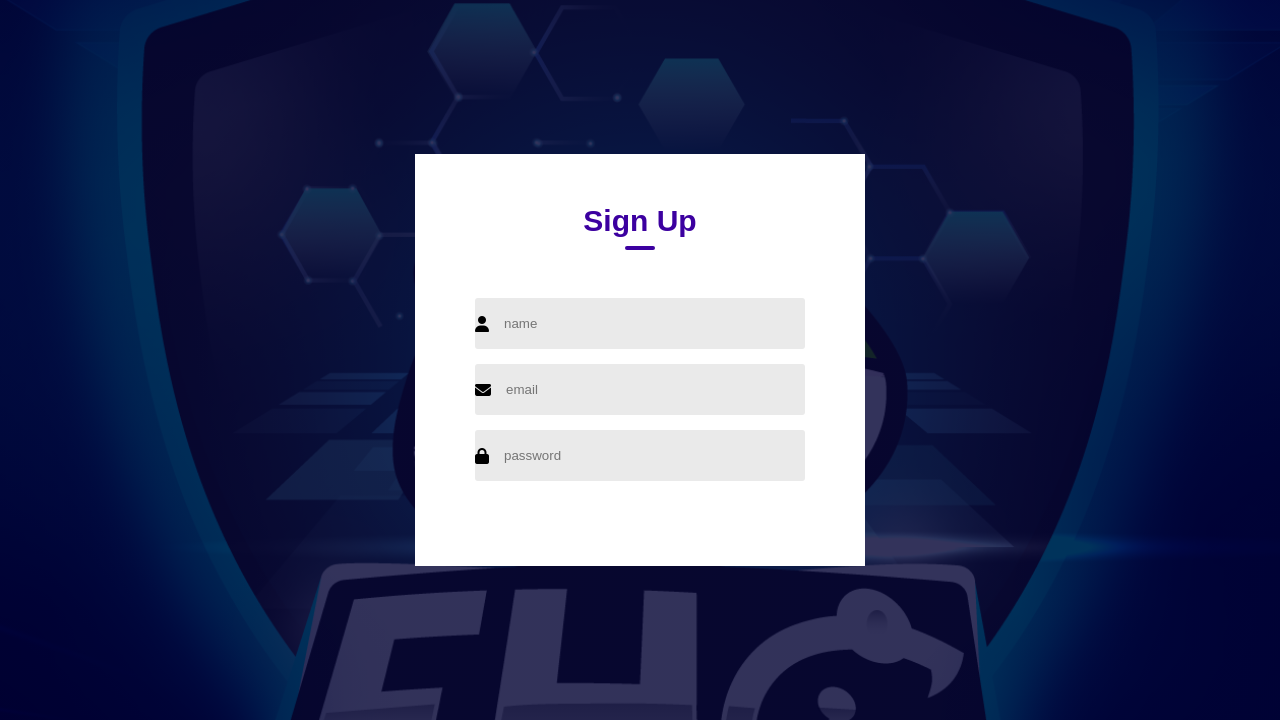
Repository: vietanhlek48/loginProject
Page: index.html
These files come from the project's save history. The page is drawn as it stood at one moment and after the next save; the edit follows.
The browser window is 1280 px wide. The pictures show the whole page.
Some web libraries are served in a nearby version.

Above is the page before, as saved 2023-02-16 00:54:24.

After the next save:
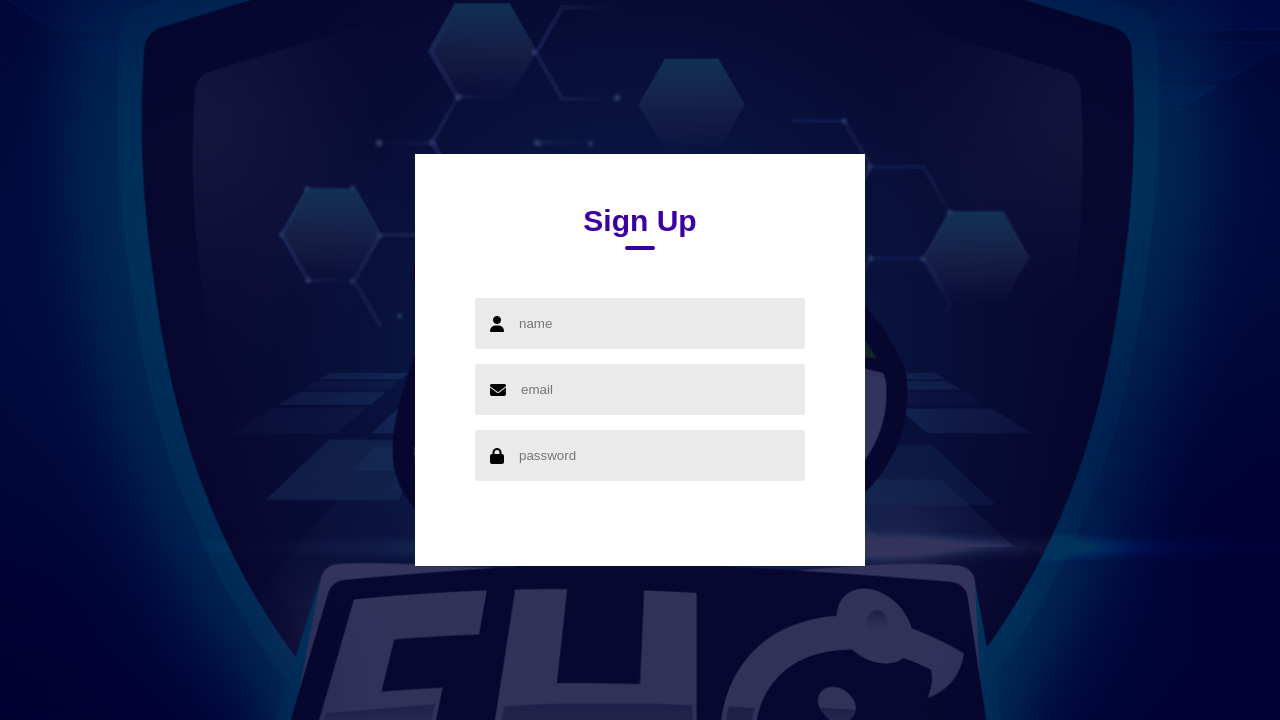
Saved 40 s later.
--- a/style.css
+++ b/style.css
@@ -60,3 +60,8 @@ input{
     outline: 0;
     padding: 18px 15px;
 }
+
+.input-field i{
+    margin-left: 15px;
+    counter-reset: ;
+}
